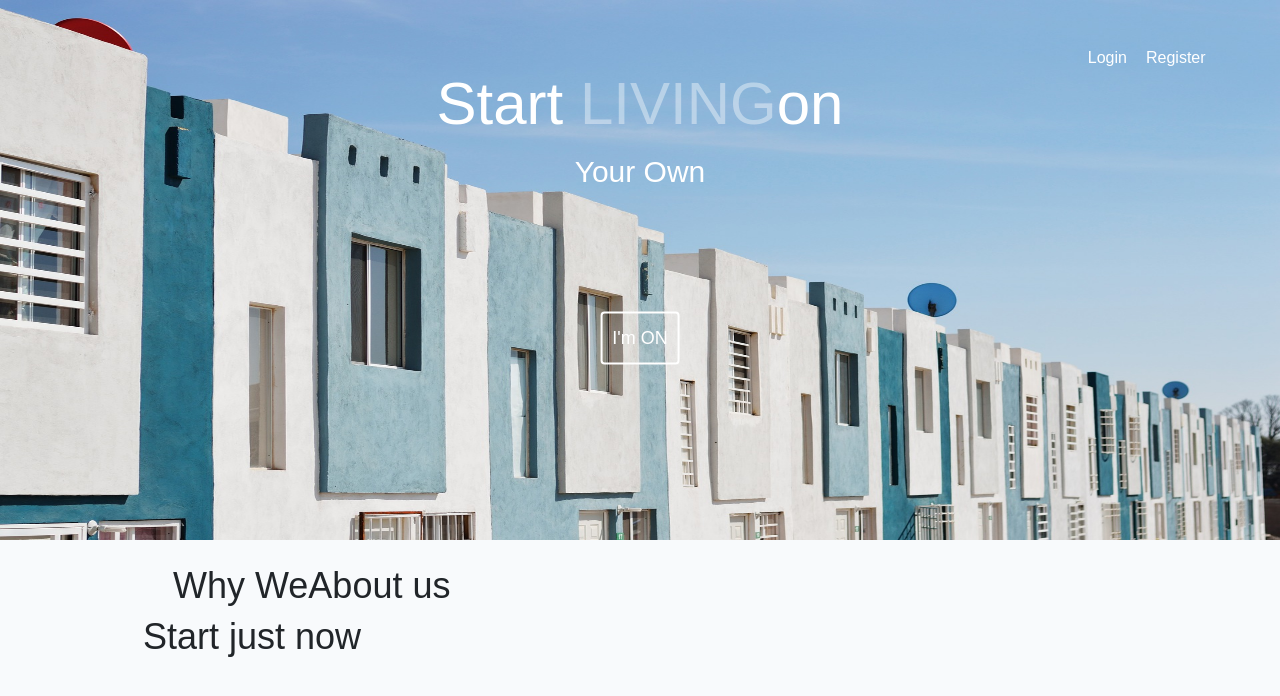
Repository: PatryxB/buildHouse
Page: http://localhost/
An editor plug-in stored every save of this project. The page is shown before and after the next save, followed by the edit.
The browser window is 1280 px wide. The pictures show the whole page.
Some web fonts or font styles are not loaded; a fallback is used. The page is served by the project's Laravel application, run on PHP 8.4 with Laravel 8. Style sheets and scripts are compiled from the project's sources, by tool versions that may differ from the author's.

Above is the page before, as saved 2020-04-30 20:34:24.

After the next save:
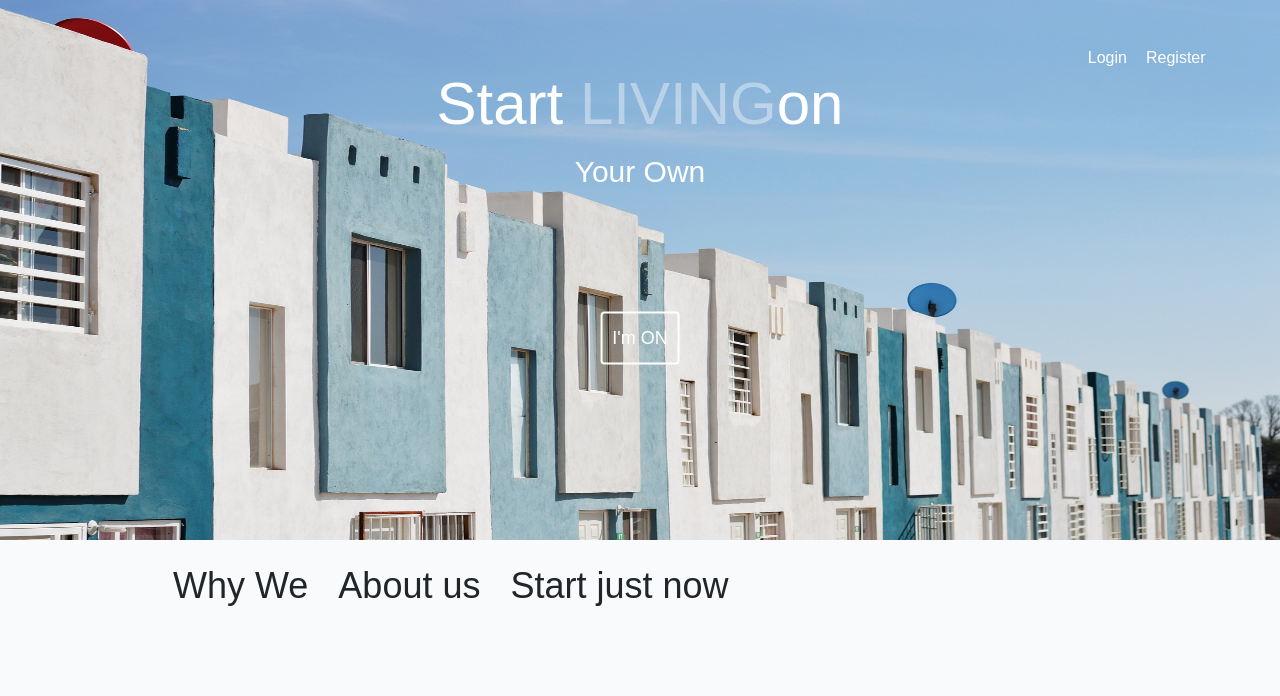
Saved 13 s later.
--- a/resources/views/welcome.blade.php
+++ b/resources/views/welcome.blade.php
@@ -29,8 +29,8 @@
 
             <div class="container">
                 <div class="info"><h1>Why We</h1></div>
-                <div><h1>About us</h1></div>
-                <div><h1>Start just now</h1></div>
+                <div class="info"><h1>About us</h1></div>
+                <div class="info"><h1>Start just now</h1></div>
             </div>
 
         @endsection
